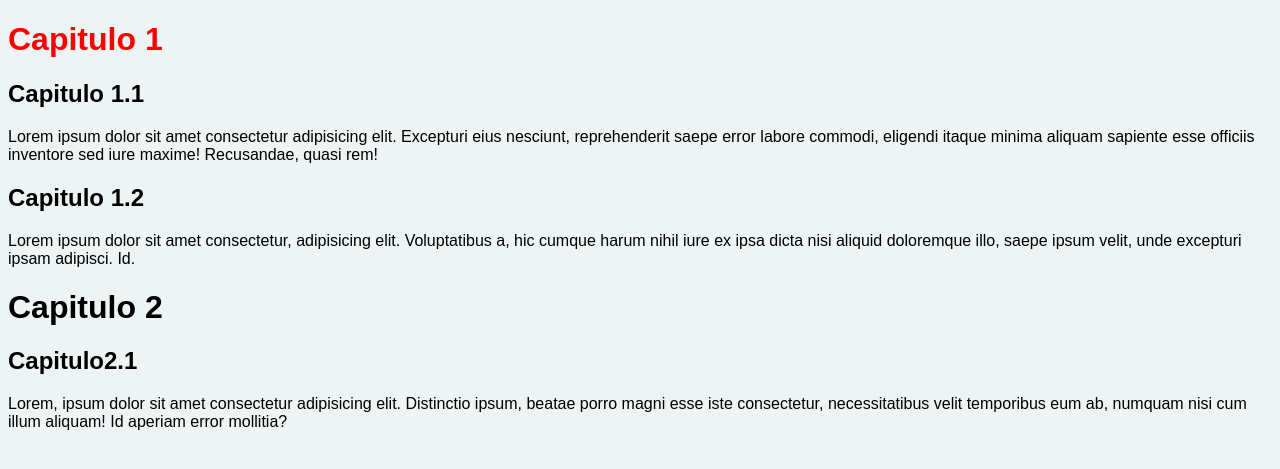
Repository: Guillermomarcon/exercicios
Page: ex013.1/index.html
The author's editor kept a copy of each file at every save. The page is drawn from the files as they stood at one save, then again after the next save.
The browser window is 1280 px wide. The pictures show the whole page.

Above is the page before, as saved 2020-12-31 15:34:33.

### ex013.1/index.html
<!DOCTYPE html>
<html lang="pt-br">
<head>
    <meta charset="UTF-8">
    <meta name="viewport" content="width=device-width, initial-scale=1.0">
    <title>Estilos in-line</title>
    <link rel="shortcut icon" href="imagens/favicon-16x16.png" type="image/x-icon">
</head>
<body style="background-color: rgb(238, 243, 243); font-family: Arial, Helvetica, sans-serif;">
    <h1 style="color: red;">Capitulo 1</h1>
    <h2>Capitulo 1.1</h2>
    <p style="text-align: ;">
        Lorem ipsum dolor sit amet consectetur adipisicing elit. Excepturi eius nesciunt, reprehenderit saepe error labore commodi, eligendi itaque minima aliquam sapiente esse officiis inventore sed iure maxime! Recusandae, quasi rem!
    </p>
    <h2>Capitulo 1.2</h2>
    <p>
        Lorem ipsum dolor sit amet consectetur, adipisicing elit. Voluptatibus a, hic cumque harum nihil iure ex ipsa dicta nisi aliquid doloremque illo, saepe ipsum velit, unde excepturi ipsam adipisci. Id.
    </p>
    <h1>Capitulo 2</h1>
    <h2>Capitulo2.1</h2>
    <p>
        Lorem, ipsum dolor sit amet consectetur adipisicing elit. Distinctio ipsum, beatae porro magni esse iste consectetur, necessitatibus velit temporibus eum ab, numquam nisi cum illum aliquam! Id aperiam error mollitia?
    </p>




</body>
</html>

After the next save:
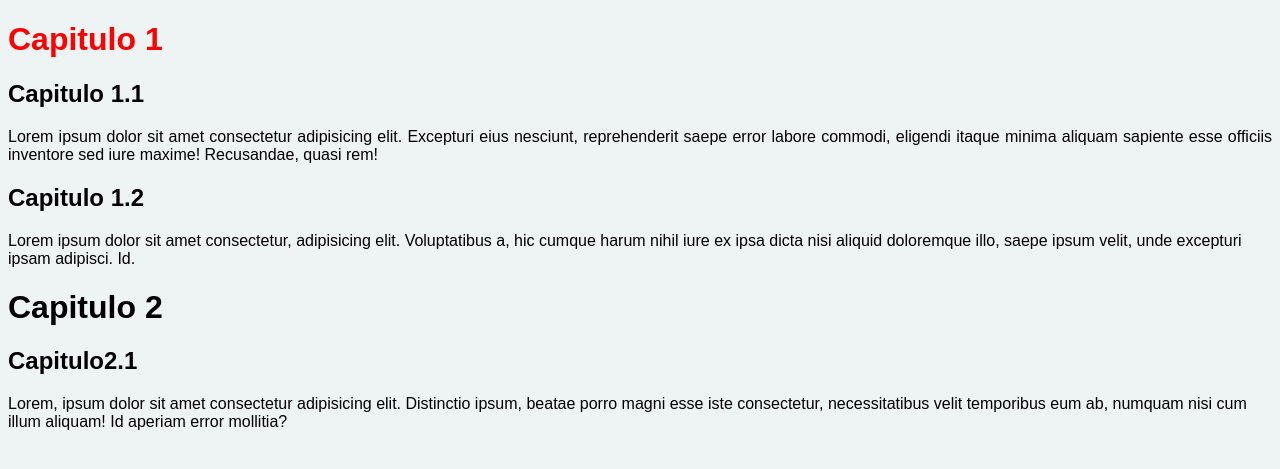
Saved 2 s later.
--- a/ex013.1/index.html
+++ b/ex013.1/index.html
@@ -9,7 +9,7 @@
 <body style="background-color: rgb(238, 243, 243); font-family: Arial, Helvetica, sans-serif;">
     <h1 style="color: red;">Capitulo 1</h1>
     <h2>Capitulo 1.1</h2>
-    <p style="text-align: ;">
+    <p style="text-align: justify;">
         Lorem ipsum dolor sit amet consectetur adipisicing elit. Excepturi eius nesciunt, reprehenderit saepe error labore commodi, eligendi itaque minima aliquam sapiente esse officiis inventore sed iure maxime! Recusandae, quasi rem!
     </p>
     <h2>Capitulo 1.2</h2>
